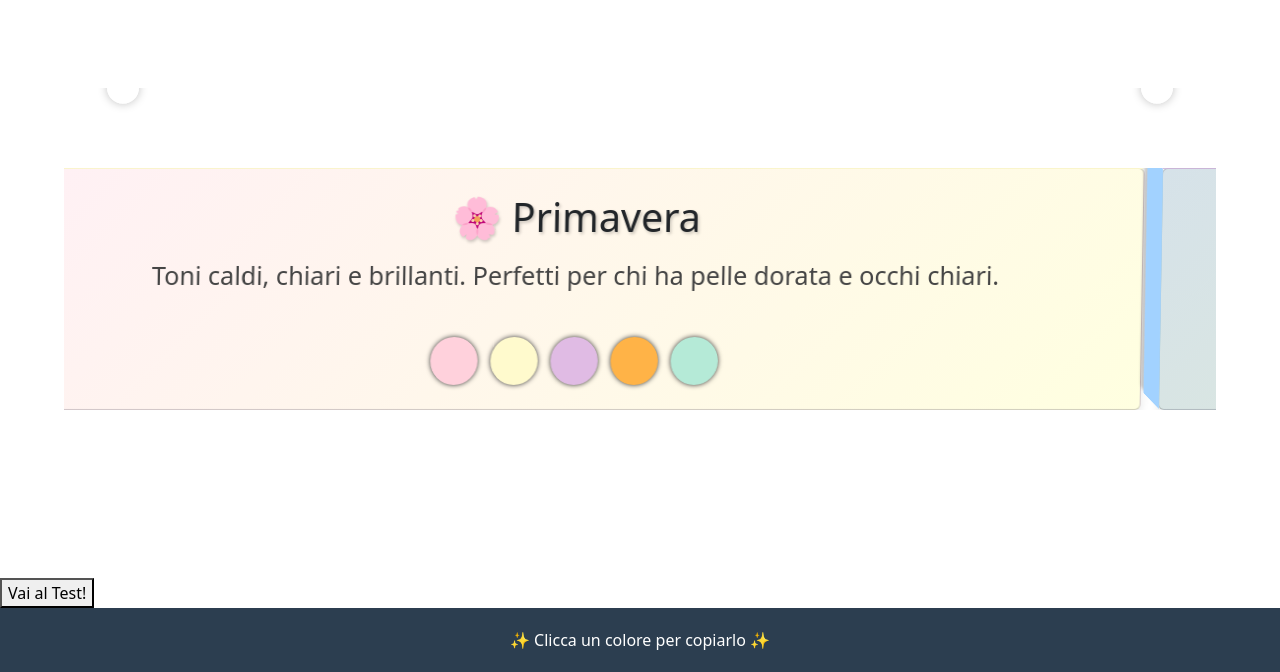
Repository: Probyte5D/Armocromia-website
Page: index.html
An editor plug-in stored every save of this project. The page is shown before and after the next save, followed by the edit.
The browser window is 1280 px wide. The pictures show the part of the page from y = 432 to 1104 px (the page is 1104 px tall).

Above is the page before, as saved 2025-04-18 02:39:07.

### index.html
<!DOCTYPE html>
<html lang="it">
<head>
  <meta charset="UTF-8" />
  <meta name="viewport" content="width=device-width, initial-scale=1.0" />
  <title>Armocromia - Scopri la tua stagione</title>
  <link rel="stylesheet" href="style.css" />
  <!-- Bootstrap CSS -->
  <link href="https://cdn.jsdelivr.net/npm/bootstrap@5.3.0-alpha1/dist/css/bootstrap.min.css" rel="stylesheet">
  <!-- Bootstrap JS e Popper.js (per alcuni componenti interattivi) -->
  <script src="https://cdn.jsdelivr.net/npm/@popperjs/core@2.11.6/dist/umd/popper.min.js"></script>
  <script src="https://cdn.jsdelivr.net/npm/bootstrap@5.3.0-alpha1/dist/js/bootstrap.min.js"></script>
</head>

<body>
  <!-- Navigation Bar -->
  <nav>
    <ul>
      <li><a href="#">Home</a></li>
      <li><a href="test.html">Test Armocromia</a></li>
      <li><a href="#">Chi Siamo</a></li>
    </ul>
  </nav>

  <!-- Header con sfondo sfuocato -->
  <header>
    <h1>🌈 Armocromia</h1>
    <p>Scopri le palette perfette per la tua stagione.</p>
  </header>

  <main>
    <!-- Carosello delle stagioni -->
    <section class="carousel-container">
      <div id="carouselExample" class="carousel slide" data-bs-ride="carousel">
        <div class="carousel-inner">
          <!-- Card Primavera -->
          <div class="carousel-item active">
            <div class="card primavera">
              <h3>🌸 Primavera</h3>
              <p>Toni caldi, chiari e brillanti. Perfetti per chi ha pelle dorata e occhi chiari.</p>
              <div class="palette">
                <div class="color" style="background-color: #FFD1DC;"></div>
                <div class="color" style="background-color: #FFFACD;"></div>
                <div class="color" style="background-color: #E0BBE4;"></div>
                <div class="color" style="background-color: #FFB347;"></div>
                <div class="color" style="background-color: #B5EAD7;"></div>
              </div>
            </div>
          </div>

          <!-- Card Estate -->
          <div class="carousel-item">
            <div class="card estate">
              <h3>☀️ Estate</h3>
              <p>Toni freddi e soft, ideali per carnagioni rosate e occhi chiari.</p>
              <div class="palette">
                <div class="color" style="background-color: #BFD7EA;"></div>
                <div class="color" style="background-color: #D6E2E9;"></div>
                <div class="color" style="background-color: #A2D2FF;"></div>
                <div class="color" style="background-color: #CDB4DB;"></div>
                <div class="color" style="background-color: #E2F0CB;"></div>
              </div>
            </div>
          </div>

          <!-- Card Autunno -->
          <div class="carousel-item">
            <div class="card autunno">
              <h3>🍁 Autunno</h3>
              <p>Toni caldi, intensi e terrosi. Per incarnati dorati e occhi scuri o verdi.</p>
              <div class="palette">
                <div class="color" style="background-color: #D2691E;"></div>
                <div class="color" style="background-color: #C3B091;"></div>
                <div class="color" style="background-color: #A0522D;"></div>
                <div class="color" style="background-color: #F4A460;"></div>
                <div class="color" style="background-color: #B22222;"></div>
              </div>
            </div>
          </div>

          <!-- Card Inverno -->
          <div class="carousel-item">
            <div class="card inverno">
              <h3>❄️ Inverno</h3>
              <p>Toni freddi e contrastati, perfetti per pelli olivastre e capelli scuri.</p>
              <div class="palette">
                <div class="color" style="background-color: #000000;"></div>
                <div class="color" style="background-color: #4169E1;"></div>
                <div class="color" style="background-color: #8A2BE2;"></div>
                <div class="color" style="background-color: #FF1493;"></div>
                <div class="color" style="background-color: #00CED1;"></div>
              </div>
            </div>
          </div>
        </div>

    <!-- Controlli per il carosello -->
<button class="carousel-control-prev" type="button" data-bs-target="#carouselExample" data-bs-slide="prev">
  <span class="carousel-control-prev-icon" aria-hidden="true"></span>
  <span class="visually-hidden">Precedente</span>
</button>
<button class="carousel-control-next" type="button" data-bs-target="#carouselExample" data-bs-slide="next">
  <span class="carousel-control-next-icon" aria-hidden="true"></span>
  <span class="visually-hidden">Successivo</span>
</button>

      </div>
    </section>

    <!-- Bottone per andare al test -->
    <section class="test-link">
      <a href="test.html">
        <button id="vai-al-test">Vai al Test!</button>
      </a>
    </section>
  </main>

  <!-- Footer -->
  <footer>
    <p>✨ Clicca un colore per copiarlo ✨</p>
  </footer>

  <script src="script.js">


  var myCarousel = document.querySelector('#carouselExample');
  var carousel = new bootstrap.Carousel(myCarousel);

  </script>
</body>
</html>

### style.css
/* Base styles */
body {
  font-family: 'Roboto', sans-serif;
  margin: 0;
  padding: 0;
  background-color: #f0f0f0;
}

/* Header */
header {
  background-image: url('https://images.unsplash.com/photo-1558452337-ca6e53836504?w=500&auto=format&fit=crop&q=60&ixlib=rb-4.0.3&ixid=M3wxMjA3fDB8MHxzZWFyY2h8MTMyfHxhcm1vY3JvbWlhJTIwcGFsZXR0ZSUyMHBpdHR1cmF8ZW58MHx8MHx8fDI%3D');
  background-size: cover;
  background-position: center;
  height: 60vh;
  color: white;
  display: flex;
  flex-direction: column;
  justify-content: center;
  align-items: center;
  text-shadow: 2px 2px 10px rgba(0, 0, 0, 0.6);
  position: relative;
}

header::before {
  content: '';
  position: absolute;
  top: 0;
  left: 0;
  width: 100%;
  height: 100%;
  background: rgba(0, 0, 0, 0.4);
}

header h1 {
  font-size: 3rem;
  margin: 0;
}

header p {
  font-size: 1.5rem;
  margin-top: 10px;
}

/* Navigation Bar */
nav {
  position: fixed;
  top: 0;
  left: 0;
  width: 100%;
  background-color: #2C3E50;
  padding: 15px 30px;
  z-index: 1000;
}

nav ul {
  display: flex;
  justify-content: space-around;
  list-style: none;
  margin: 0;
  padding: 0;
}

nav ul li {
  font-size: 1.2rem;
}

nav ul li a {
  color: white;
  text-decoration: none;
  padding: 10px 20px;
  border-radius: 5px;
  transition: background-color 0.3s ease;
}

nav ul li a:hover {
  background-color: #3498db;
}

/* Carosello e Cards */
.carousel {
  display: flex;
  justify-content: space-between;
  gap: 20px;
  margin: 40px 0;
  overflow-x: auto;
  padding: 20px;
}

.card {
  width: 250px;
  padding: 20px;
  background-color: white;
  border-radius: 10px;
  box-shadow: 0 4px 10px rgba(0, 0, 0, 0.1);
  transition: transform 0.3s ease;
}

.card:hover {
  transform: scale(1.05);
}

.card h3 {
  font-size: 1.5rem;
  margin-bottom: 15px;
}

.card p {
  font-size: 1.1rem;
  color: #555;
}

.palette {
  display: flex;
  justify-content: space-between;
  gap: 10px;
  margin-top: 10px;
}

.color {
  width: 50px;
  height: 50px;
  border-radius: 8px;
  box-shadow: 0 4px 8px rgba(0, 0, 0, 0.1);
}

/* Footer */
footer {
  text-align: center;
  padding: 20px;
  background-color: #2C3E50;
  color: white;
}

footer p {
  font-size: 1rem;
  margin: 0;
}

/* Media Queries */
@media (max-width: 768px) {
  header h1 {
    font-size: 2.5rem;
  }

  header p {
    font-size: 1.2rem;
  }

  nav ul {
    flex-direction: column;
    align-items: center;
  }

  nav ul li {
    margin: 10px 0;
  }

  .carousel {
    flex-direction: column;
    align-items: center;
  }
}

.carousel {
  display: flex;
  flex-wrap: wrap;
  justify-content: center;
  gap: 3rem;
  padding: 5rem 2rem;
}

.card {
  position: relative;
  width: 30rem;
  padding: 3rem;
  border-radius: 1.5rem;
  background-color: rgba(255, 255, 255, 0.9);
  box-shadow: 0.8rem 0.8rem 2rem rgba(0, 0, 0, 0.3);
  transform: rotateY(10deg) skewX(-1deg);
  transition: transform 0.4s, box-shadow 0.4s;
  display: flex;
  flex-direction: column;
  align-items: center;
  text-align: center;
}

.card:hover {
  transform: rotateY(10deg) skewX(-1deg) translateY(-1rem);
  box-shadow: 1.5rem 1.5rem 3rem rgba(0, 0, 0, 0.4);
}

.card::before {
  content: "";
  position: absolute;
  top: 0;
  left: -1rem;
  width: 1rem;
  height: 100%;
  background-color: #bba584;
  transform: skewY(45deg);
  transform-origin: right;
  box-shadow: -.2rem -.2rem .2rem rgba(0,0,0,0.2);
}

.card::after {
  content: "";
  position: absolute;
  top: -1rem;
  left: 0;
  width: 100%;
  height: 1rem;
  background-color: #eee1c6;
  transform: skewX(45deg);
  transform-origin: bottom;
  box-shadow: -.2rem -.2rem .2rem rgba(0,0,0,0.2);
}

.card h3 {
  font-size: 2.5rem;
  margin-bottom: 1rem;
  text-shadow: 0.1rem 0.1rem 0.2rem #00000033;
}

.card p {
  font-size: 1.6rem;
  font-weight: 500;
  margin-bottom: 2rem;
  color: #444;
}

.palette {
  display: flex;
  gap: 0.8rem;
}

.color {
  width: 3rem;
  height: 3rem;
  border-radius: 50%;
  box-shadow: 0 0 0.3rem #333;
  cursor: pointer;
  transition: transform 0.3s;
}

.color:hover {
  transform: scale(1.2);
}

.primavera {
  background: linear-gradient(135deg, #fff0f5, #ffffe0);
  border-left: 1rem solid #ffd1dc;
}
.primavera::before {
  background-color: #ffb6c1;
}
.primavera::after {
  background-color: #fffacd;
}

.estate {
  background: linear-gradient(135deg, #d6e2e9, #e2f0cb);
  border-left: 1rem solid #a2d2ff;
}
.estate::before {
  background-color: #a2d2ff;
}
.estate::after {
  background-color: #cdb4db;
}

.autunno {
  background: linear-gradient(135deg, #fff5e1, #f4a460);
  border-left: 1rem solid #a0522d;
}
.autunno::before {
  background-color: #d2691e;
}
.autunno::after {
  background-color: #c3b091;
}

.inverno {
  background: linear-gradient(135deg, #e0e0e0, #d1d1ff);
  border-left: 1rem solid #8a2be2;
}
.inverno::before {
  background-color: #000000;
}
.inverno::after {
  background-color: #4169e1;
}



 /* Carosello delle stagioni */
.carousel-container {
  padding: 3rem 2rem;
  position: relative; /* Assicurati che le frecce siano posizionate rispetto a questa sezione */
}

.carousel-inner {
  display: flex;
  overflow: hidden;
}

.carousel-item {
  flex: 0 0 auto;
  width: 250px; /* Ridotto per dare spazio alle frecce */
  margin-right: 20px;
  transition: transform 0.3s ease;
}

.card {
  width: 100%; /* La card si adatta alla larghezza impostata */
  padding: 1.5rem;
  background-color: rgba(255, 255, 255, 0.9);
  border-radius: 1rem;
  box-shadow: 0 4px 10px rgba(0, 0, 0, 0.1);
  transition: transform 0.2s ease;
}



/* Stile per le frecce */
.carousel-control-prev-icon,
.carousel-control-next-icon {
  background-color: rgba(255, 255, 255, 0.9); /* Maggiore contrasto per la visibilità */
  border-radius: 50%;
  width: 40px;  /* Aumenta la dimensione della freccia */
  height: 40px;
  background-size: 30px; /* Dimensioni dell'icona */
  box-shadow: 0 0 10px rgba(0, 0, 0, 0.5); /* Aggiungi ombra per maggiore visibilità */
}

.carousel-control-prev,
.carousel-control-next {
  position: absolute;
  top: 50%;
  transform: translateY(-50%);
  z-index: 15; /* Assicurati che siano sopra le cards */
  background-color: rgba(17, 17, 17, 0.5); /* Colore di sfondo delle frecce */
  padding: 10px;
  border-radius: 50%;
  cursor: pointer; /* Aggiungi un cursore per l'interattività */
}

.carousel-control-prev {
  left: 10px; /* Posizione della freccia sinistra */
  color: #000000;
}

.carousel-control-next {
  right: 10px; /* Posizione della freccia destra */
}

/* Responsività per schermi più piccoli */
@media (max-width: 768px) {
  .carousel-item {
    width: 100%;
  }
}

### script.js
/*document.getElementById('armocromiaTest').addEventListener('submit', function(e) {
  e.preventDefault();

  const capelli = document.querySelector('input[name="capelli"]:checked')?.value;
  const occhi = document.querySelector('input[name="occhi"]:checked')?.value;
  const pelle = document.querySelector('input[name="pelle"]:checked')?.value;

  if (!capelli || !occhi || !pelle) {
    alert('Per favore, rispondi a tutte le domande.');
    return;
  }

  let stagione = '';
  let palette = [];

  // Logica semplificata per determinare la stagione
  if (capelli === 'chiari' && occhi === 'chiari' && pelle === 'si_abbronza') {
    stagione = 'Primavera';
    palette = ['#FFD1DC', '#FFFACD', '#E0BBE4', '#FFB347', '#B5EAD7'];
  } else if (capelli === 'chiari' && occhi === 'chiari' && pelle === 'si_scotta') {
    stagione = 'Estate';
    palette = ['#BFD7EA', '#D6E2E9', '#A2D2FF', '#CDB4DB', '#E2F0CB'];
  } else if (capelli === 'scuri' && occhi === 'scuri' && pelle === 'si_abbronza') {
    stagione = 'Autunno';
    palette = ['#D2691E', '#C3B091', '#A0522D', '#F4A460', '#B22222'];
  } else {
    stagione = 'Inverno';
    palette = ['#000000', '#4169E1', '#8A2BE2', '#FF1493', '#00CED1'];
  }

  document.getElementById('stagione').textContent = `La tua stagione è: ${stagione}`;
  const paletteContainer = document.getElementById('palette');
  paletteContainer.innerHTML = '';
  palette.forEach(color => {
    const div = document.createElement('div');
    div.className = 'color-box';
    div.style.backgroundColor = color;
    div.title = color;
    div.addEventListener('click', () => {
      navigator.clipboard.writeText(color);
      alert(`Colore ${color} copiato negli appunti!`);
    });
    paletteContainer.appendChild(div);
  });

  document.getElementById('risultato').classList.remove('hidden');
});
*/

After the next save:
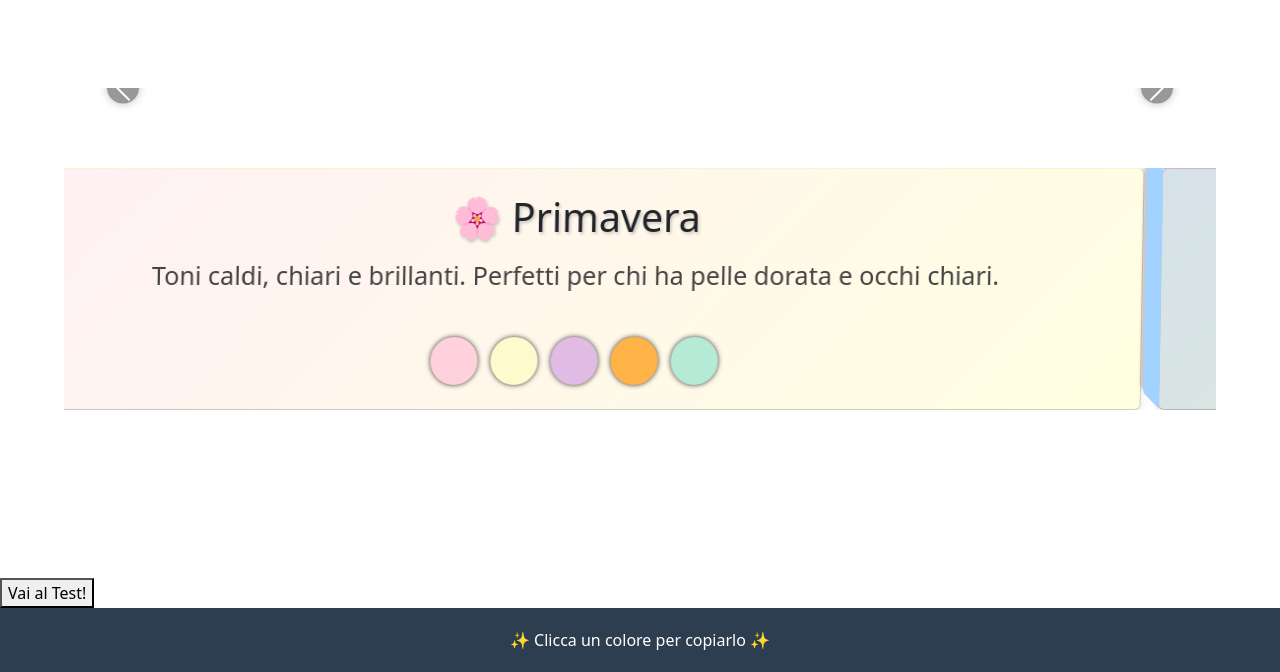
Saved 18 s later.
--- a/style.css
+++ b/style.css
@@ -324,7 +324,7 @@ footer p {
 /* Stile per le frecce */
 .carousel-control-prev-icon,
 .carousel-control-next-icon {
-  background-color: rgba(255, 255, 255, 0.9); /* Maggiore contrasto per la visibilità */
+  background-color: rgba(27, 27, 27, 0.9); /* Maggiore contrasto per la visibilità */
   border-radius: 50%;
   width: 40px;  /* Aumenta la dimensione della freccia */
   height: 40px;
